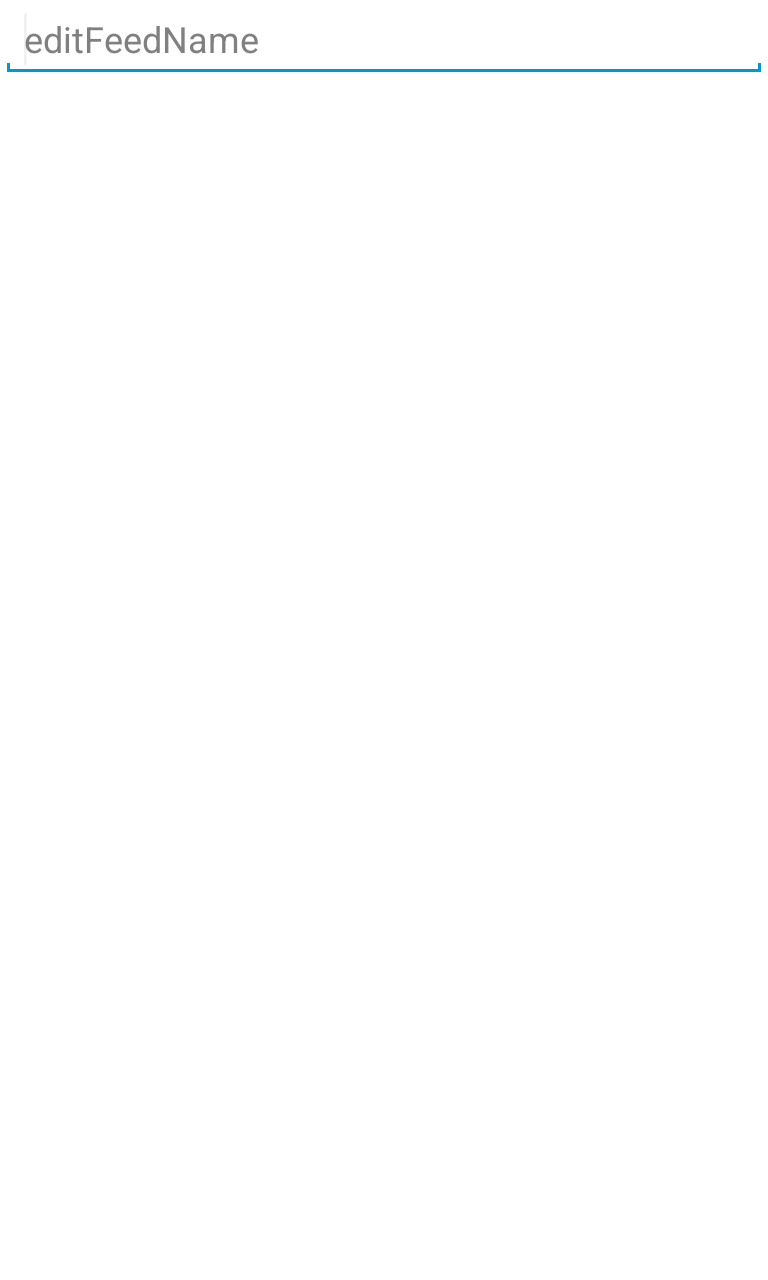
Repository: ringuh/SuntikkaRSS
Layout: SuntikkaRSS/res/layout/add_feed.xml
An editor plug-in stored every save of this project. The layout is shown before and after the next save, followed by the edit.
It is drawn on a 768 x 1280 px phone screen (xhdpi) without system bars, with theme AppTheme; the app's code is not run.

Above is the layout before, as saved 2014-09-09 06:57:31.

After the next save:
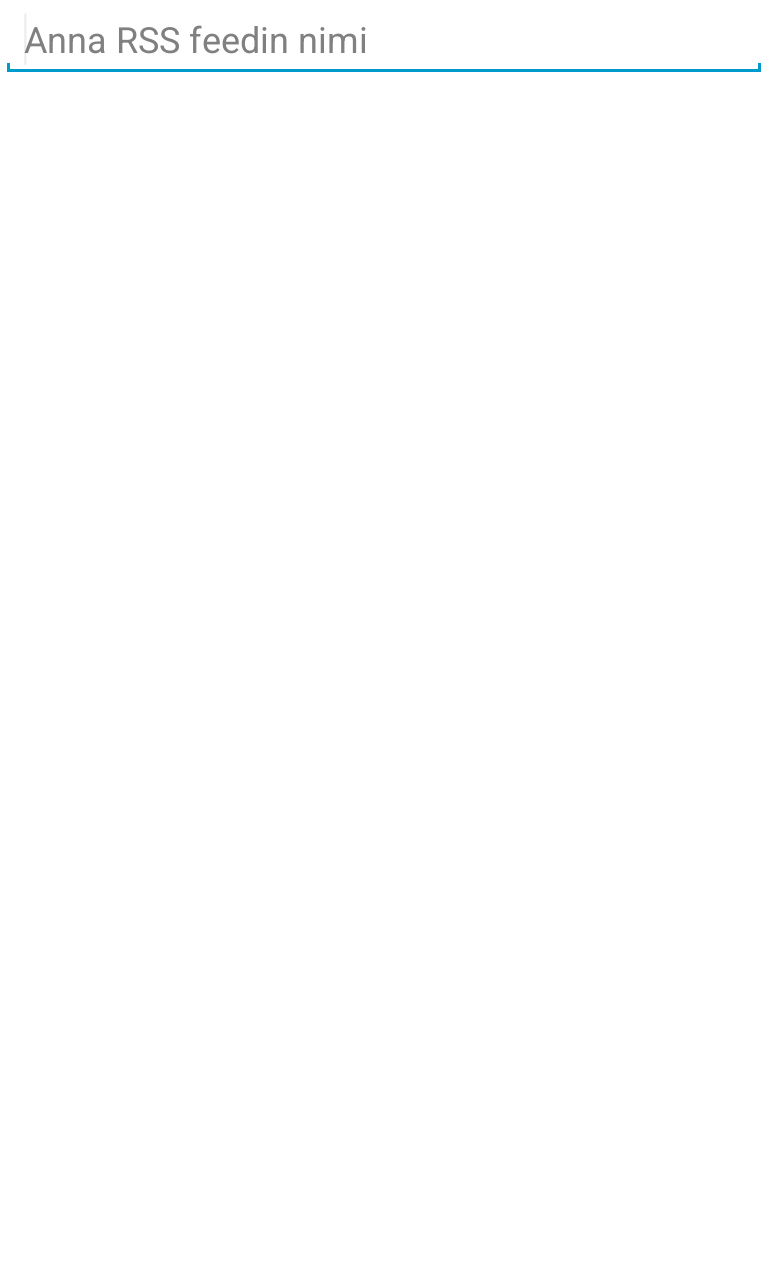
Saved 58 s later.
--- a/SuntikkaRSS/res/layout/add_feed.xml
+++ b/SuntikkaRSS/res/layout/add_feed.xml
@@ -9,7 +9,7 @@
             android:id="@+id/editFeedName"
             android:layout_width="match_parent"
             android:layout_height="wrap_content"
-            android:hint="editFeedName"
+            android:hint="@string/editfeedname"
             android:ems="15" >
 
             <requestFocus />
--- a/SuntikkaRSS/res/values/strings.xml
+++ b/SuntikkaRSS/res/values/strings.xml
@@ -7,5 +7,6 @@
     <string name="background_title">bgtitle</string>
     <string name="toast_title">toasttitle</string>
     <string name="title_activity_add_feed">AddFeed</string>
+    <string name="editfeedname">Anna RSS feedin nimi</string>
 
 </resources>
